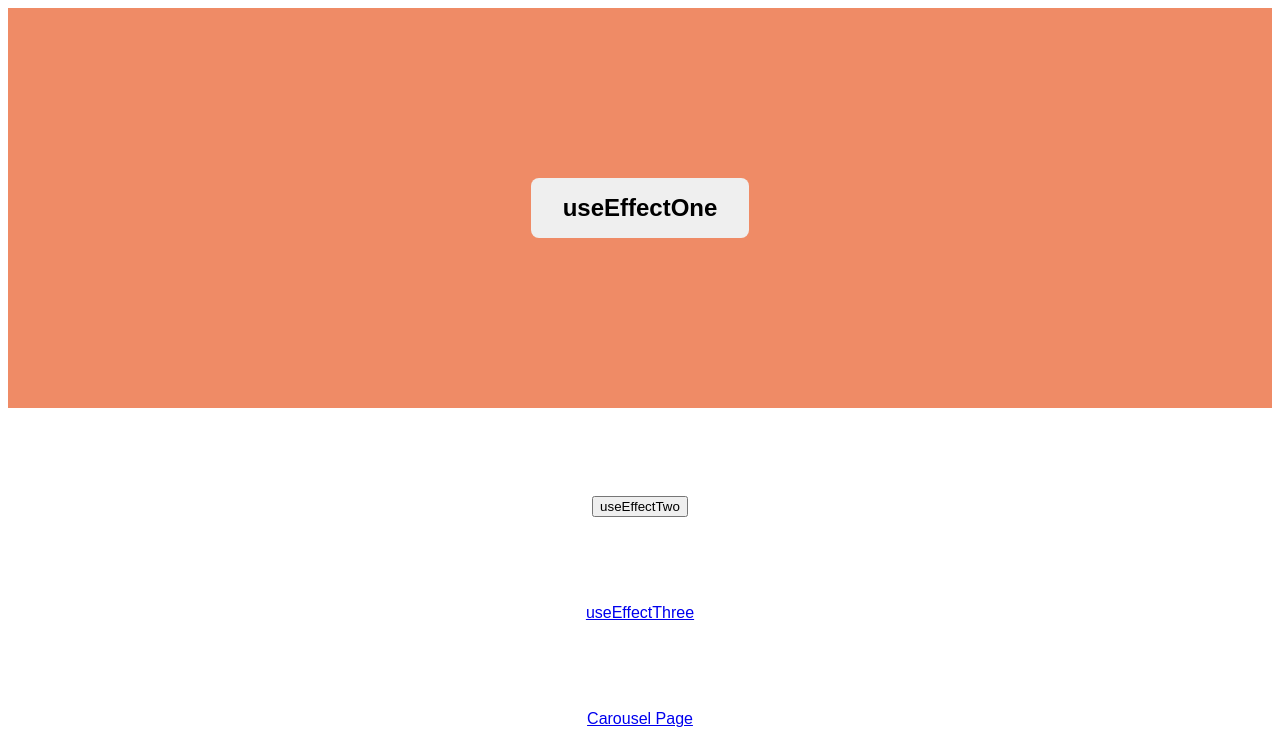
Repository: giovanabirck/class8
Page: /
An editor plug-in stored every save of this project. The page is shown before and after the next save, followed by the edit.
The browser window is 1280 px wide. The pictures show the whole page.
The project was rebuilt for these pictures with package versions that can differ from the ones it lists, and the page was loaded fresh each time. The framework's server and built-in components were replaced by stand-ins that run in the browser. Also part of the build but not shown: next.config.js.

Above is the page before, as saved 2023-02-23 17:54:37.

After the next save:
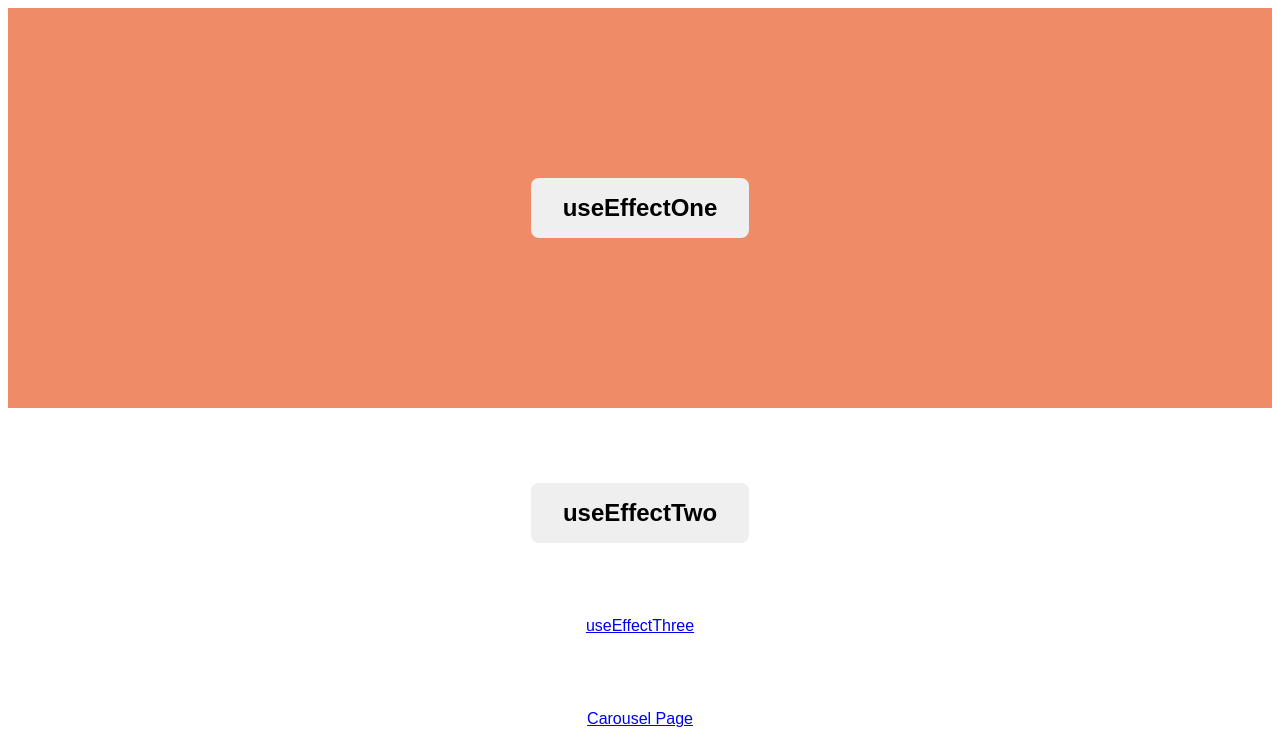
Saved 15 s later.
--- a/pages/index.js
+++ b/pages/index.js
@@ -20,7 +20,7 @@ export default function Home() {
         </div>
         <div className={styles.effect_two}>
           <Link href="/useEffectTwo">
-            <button>useEffectTwo</button>
+            <button className={styles.btn}>useEffectTwo</button>
           </Link>
         </div>
         <div className={styles.effect_three}>
